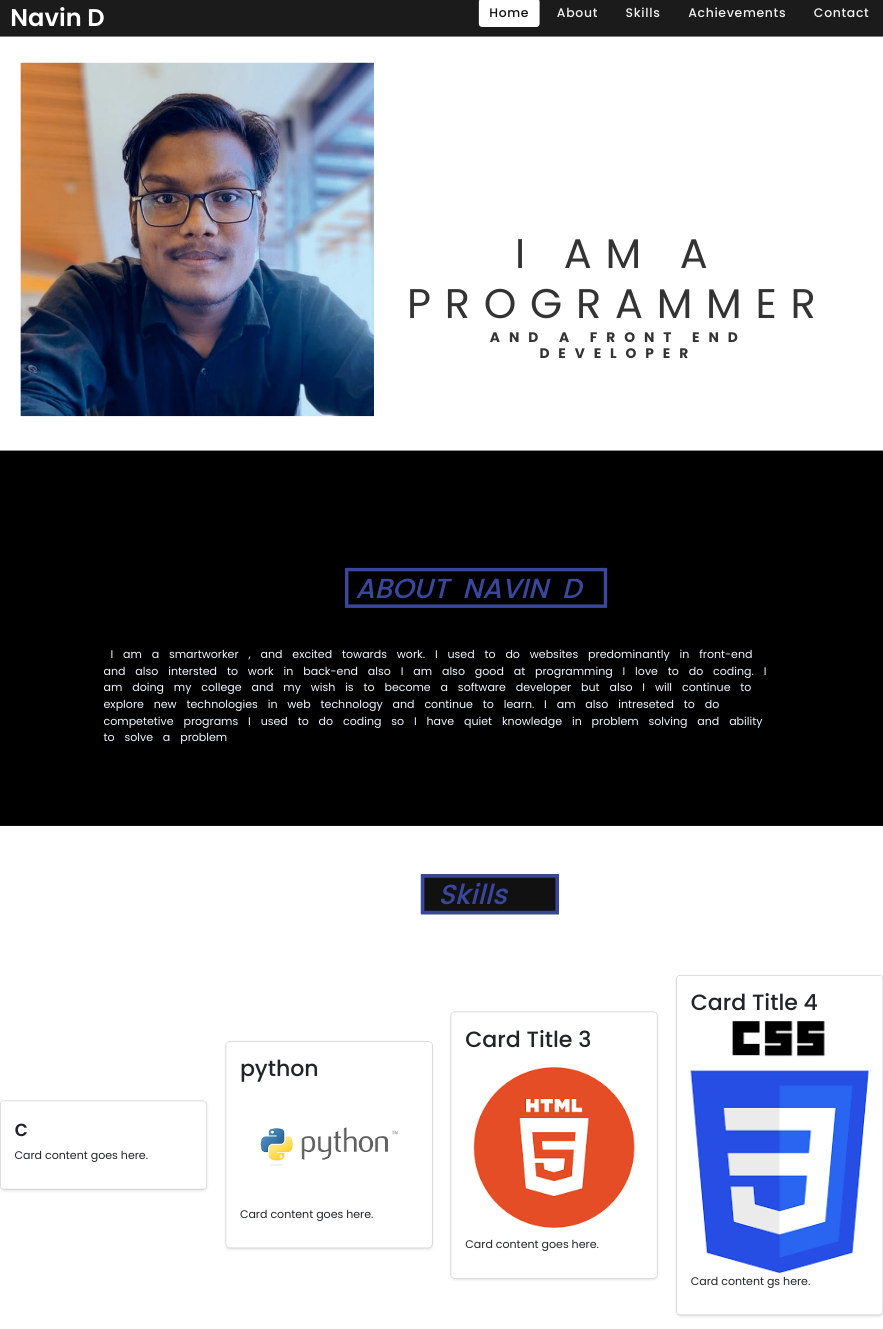
Repository: NavinDayanithi/OIBSIP
Page: Portfolio/index.html
An editor plug-in stored every save of this project. The page is shown before and after the next save, followed by the edit.
The browser window is 1280 px wide. The pictures show the whole page, at 69% of full size.

Above is the page before, as saved 2023-02-21 20:11:19.
Console error: TypeError: Cannot read properties of undefined (reading 'fn')

After the next save:
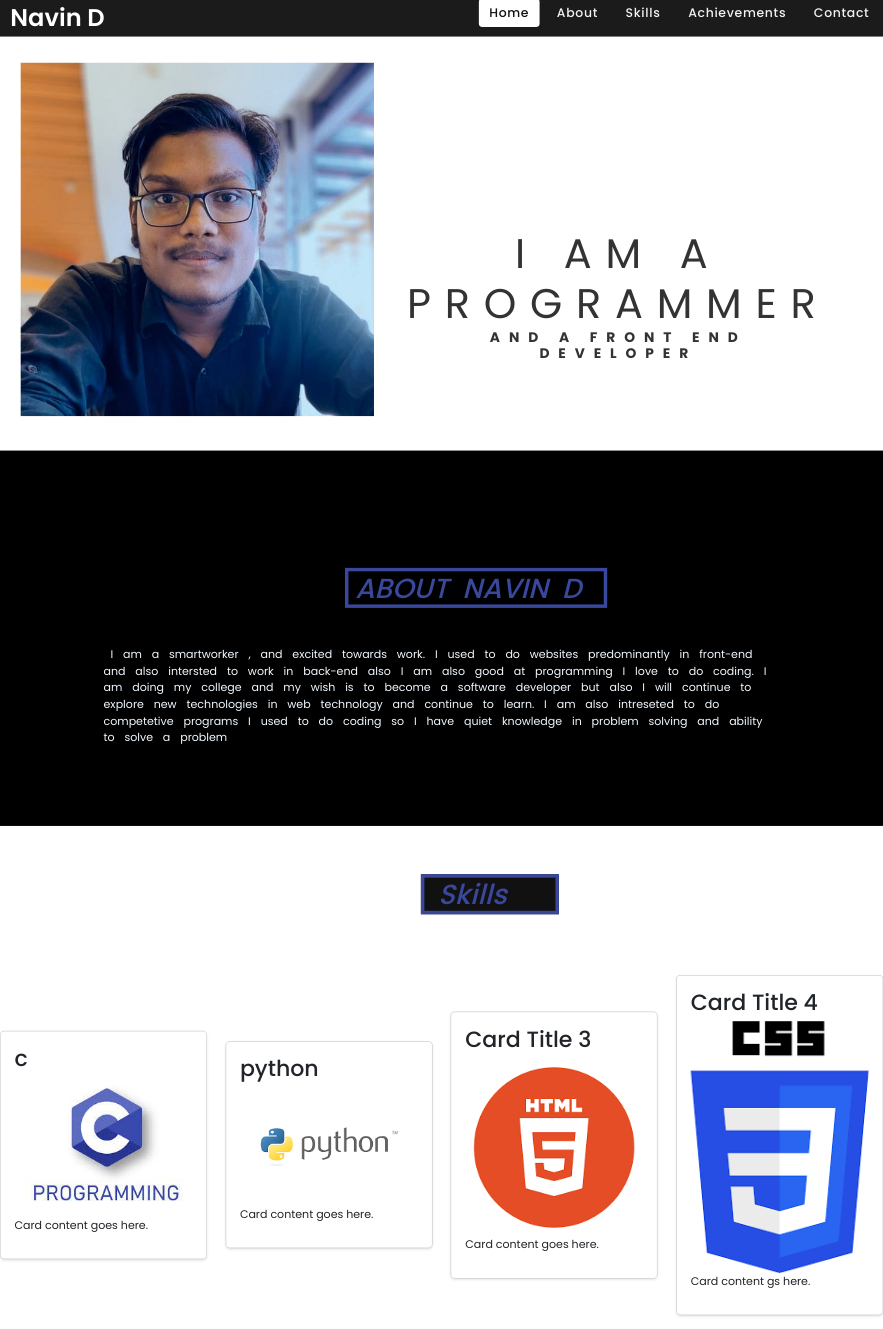
Saved 2 s later.
--- a/Portfolio/index.html
+++ b/Portfolio/index.html
@@ -61,7 +61,7 @@
 <div class="card-container">
    <div class="card">
      <h2>c</h2>
-     <img class="src="c logo.jfif"></img>
+     <img class="c" src="c logo.jfif"></img>
      <p>Card content goes here.</p>
    </div>
    <div class="card">
